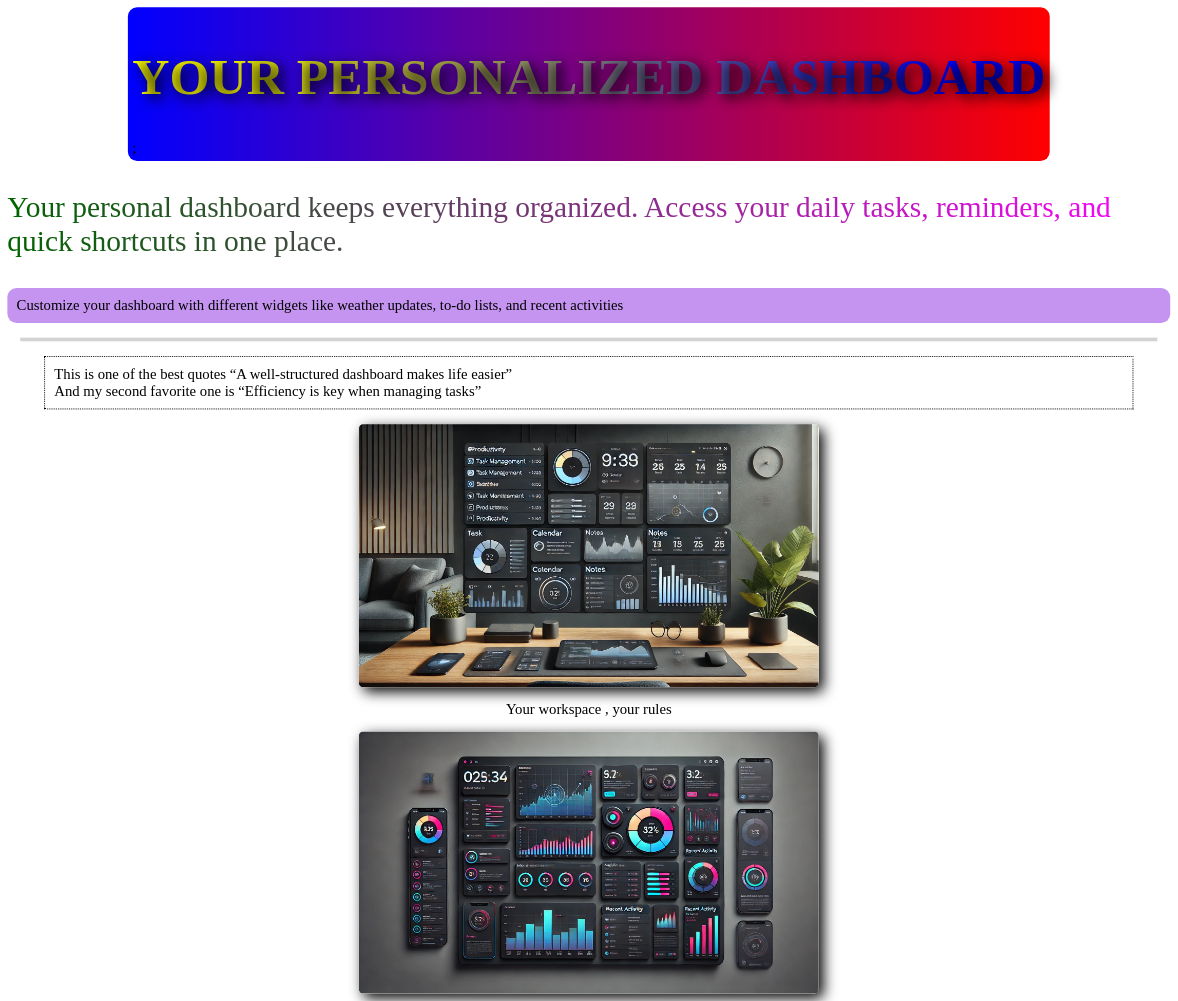
Repository: Parnicoza/testecomplete
Page: testcomplet-14.html
These files come from the project's save history. The page is drawn as it stood at one moment and after the next save; the edit follows.
The browser window is 1280 px wide. The pictures show the whole page, at 92% of full size.

Above is the page before, as saved 2025-02-24 18:08:43.

After the next save:
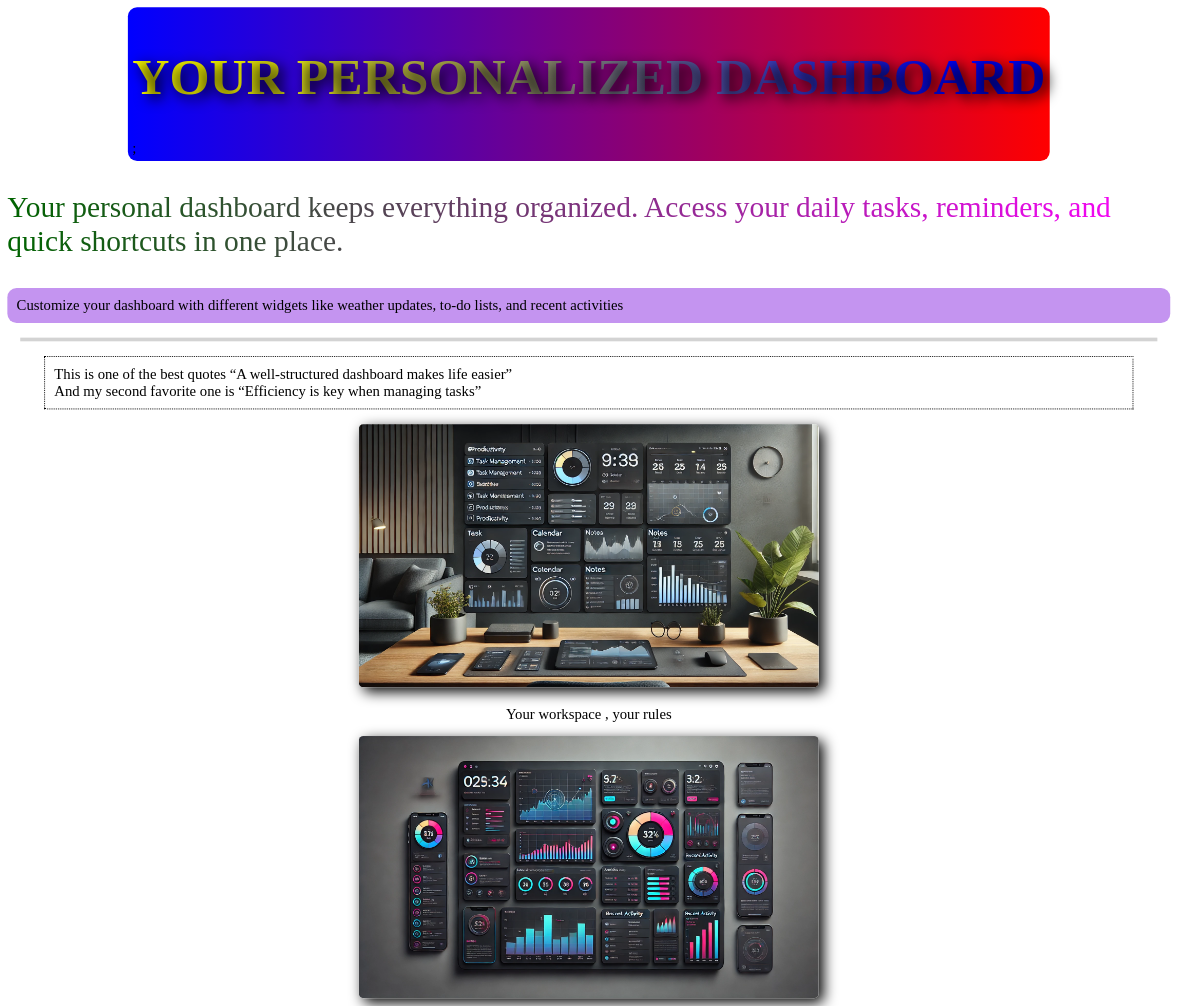
Saved 21 s later.
--- a/testcomplet-14.html
+++ b/testcomplet-14.html
@@ -27,7 +27,7 @@
             <source media="(min-width: 800px)" srcset="imaginitestecomplete/dashboard.jpg">
             <source media="(min-width: 600px)" srcset="imaginitestecomplete/dashboardfortablets.jpg">
             <source media="(min-width: 400px)" srcset="imaginitestecomplete/dashboardformobile.jpg">
-            <div style="text-align: center; margin: 15px;">
+            <div style="text-align: center; margin: 15px; margin-top: 20px;">
              <caption class="caption">Your workspace , your rules</caption>
             </div>
             <img src="imaginitestecomplete/dashboardfallback.jpg" alt="dashboard image" width="500 px" class="image" title="Dashboard image">
